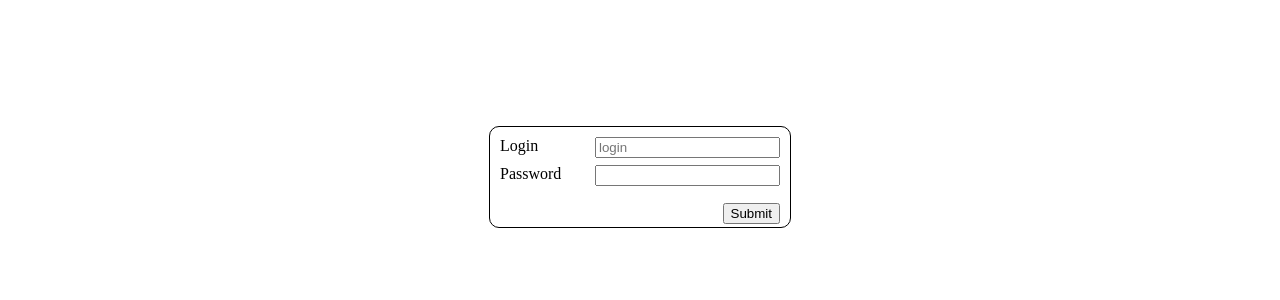
Repository: maxchv/JavaLessons
Page: http://localhost/LibraryProject/
An editor plug-in stored every save of this project. The page is shown before and after the next save, followed by the edit.
The browser window is 1280 px wide. The pictures show the whole page.
The page is served by Tomcat 9.

Above is the page before, as saved 2016-04-18 15:35:37.

### Lesson19/workspace/LibraryProject/WebContent/index.jsp
<%@ page language="java" contentType="text/html; charset=UTF-8"
    pageEncoding="UTF-8"%>
<!DOCTYPE html>
<html>
<head>
<meta charset="utf-8">
<title>Библиотека</title>
<link rel="stylesheet" href="css/style.css" />
</head>
<body>

<form id="login" action="login" method="post">
	<label>
		Login
		<input type="text" placeholder="login" name="login" />
	</label>
	<label>
		Password
		<input type="password" name="password" />
	</label>
	<input type="submit" />
</form>

</body>
</html>

### Lesson19/workspace/LibraryProject/WebContent/css/style.css
@CHARSET "UTF-8";
#login {
	width: 300px;
	height: 100px;
	border: 1px solid black;
	border-radius: 10px;
	margin: 10% auto;
}
#login > label {
	display: block;
	margin: 10px;
}

#login > label > input {
	display: block;
	float: right;
}

#login > input[type=submit] {
	margin: 10px;
	display: block;
	float: right;
}

After the next save:
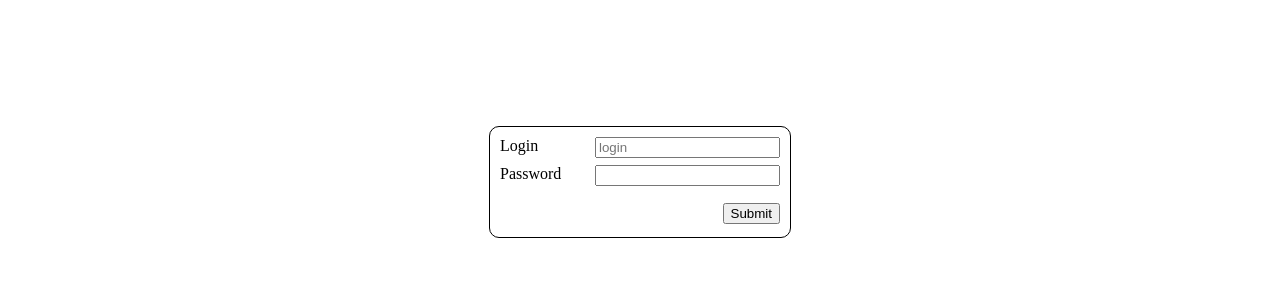
Saved 6 s later.
--- a/Lesson19/workspace/LibraryProject/WebContent/css/style.css
+++ b/Lesson19/workspace/LibraryProject/WebContent/css/style.css
@@ -1,7 +1,7 @@
 @CHARSET "UTF-8";
 #login {
 	width: 300px;
-	height: 100px;
+	height: 110px;
 	border: 1px solid black;
 	border-radius: 10px;
 	margin: 10% auto;
